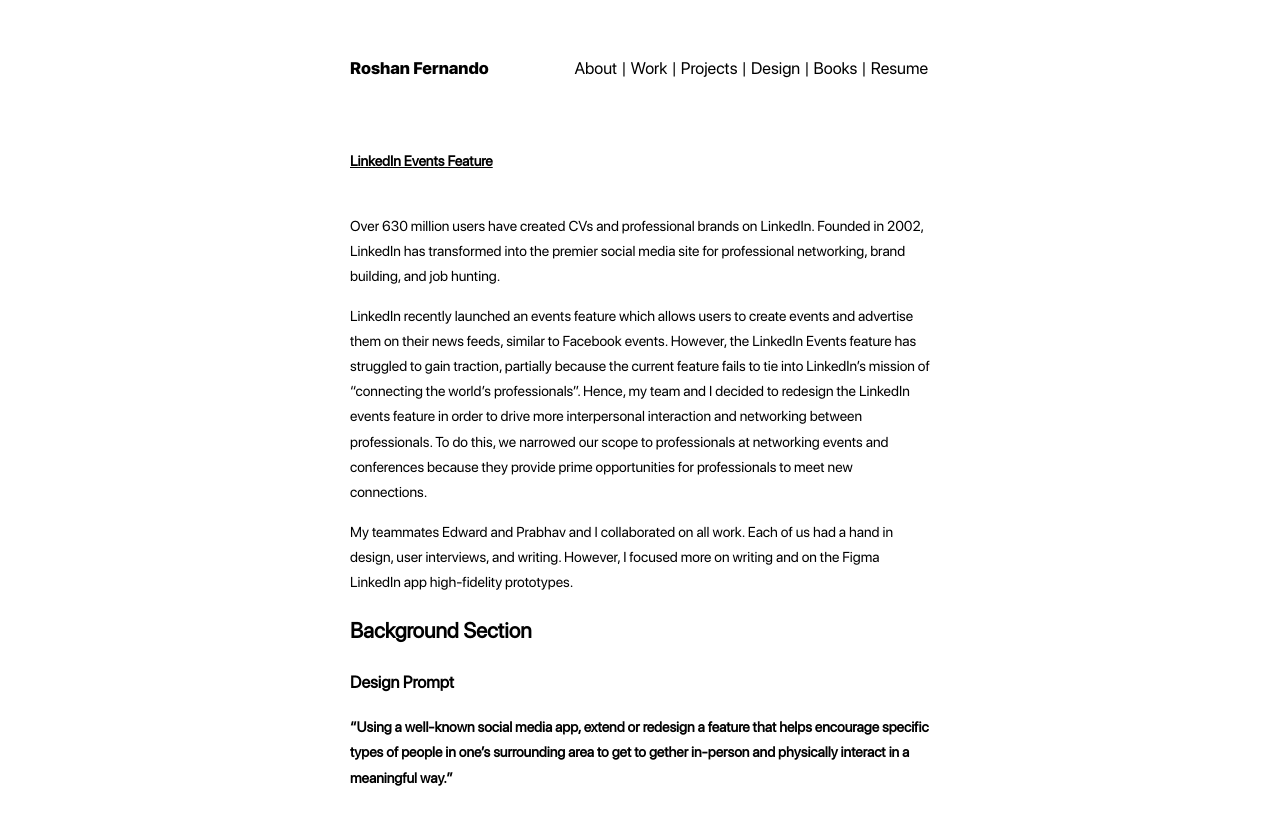
Repository: rdf004/rdf004.github.io
Page: /case1
The author's editor kept a copy of each file at every save. The page is drawn from the files as they stood at one save, then again after the next save.
The browser window is 1280 px wide. The pictures show the whole page.
The project was rebuilt for these pictures with package versions that can differ from the ones it lists, and the page was loaded fresh each time. Also part of the build but not shown: src/Components/About.js, src/Components/Work.js, src/Components/Projects.js, src/Components/Design.js, src/Components/Books.js, src/Components/Resume.js.

Above is the page before, as saved 2019-11-20 21:00:58.

### public/index.html
<!DOCTYPE html>
<html lang="en">
  <head>
    <meta charset="utf-8" />
    <link rel="shortcut icon" href="Startup_Rocket-512.png" />
    <meta name="viewport" content="width=device-width, initial-scale=1" />
    <meta name="theme-color" content="#000000" />
    <meta
      name="description"
      content="Web site created using create-react-app"
    />
    <link rel="apple-touch-icon" href="logo192.png" />
    <!--
      manifest.json provides metadata used when your web app is installed on a
      user's mobile device or desktop. See https://developers.google.com/web/fundamentals/web-app-manifest/
    -->
    <link rel="manifest" href="%PUBLIC_URL%/manifest.json" />
    <!--
      Notice the use of %PUBLIC_URL% in the tags above.
      It will be replaced with the URL of the `public` folder during the build.
      Only files inside the `public` folder can be referenced from the HTML.

      Unlike "/favicon.ico" or "favicon.ico", "%PUBLIC_URL%/favicon.ico" will
      work correctly both with client-side routing and a non-root public URL.
      Learn how to configure a non-root public URL by running `npm run build`.
    -->
    <title>RFizzle's Websizzle</title>
  </head>
  <body>
    <noscript>You need to enable JavaScript to run this app.</noscript>
    <div id="root"></div>
    <!--
      This HTML file is a template.
      If you open it directly in the browser, you will see an empty page.

      You can add webfonts, meta tags, or analytics to this file.
      The build step will place the bundled scripts into the <body> tag.

      To begin the development, run `npm start` or `yarn start`.
      To create a production bundle, use `npm run build` or `yarn build`.
    -->
  </body>
</html>

### src/index.js
import React from 'react';
import ReactDOM from 'react-dom';
import { Route, Link, BrowserRouter as Router } from 'react-router-dom';

import About from './Components/About';
import Work from './Components/Work';
import Projects from './Components/Projects';
import Design from './Components/Design';
import Books from './Components/Books';
import Resume from './Components/Resume';
import Case1 from './Components/Case1';
import * as serviceWorker from './serviceWorker';

const routing = (
    <Router>
      <div>
        <Route exact path="/" component={About} />
        <Route path="/work" component={Work} />
        <Route path="/projects" component={Projects} />
        <Route path="/design" component={Design} />
        <Route path="/books" component={Books} />
        <Route path="/resume" component={Resume} />
        <Route path="/case1" component={Case1} />
      </div>
    </Router>
)

ReactDOM.render(routing, document.getElementById('root'));

// If you want your app to work offline and load faster, you can change
// unregister() to register() below. Note this comes with some pitfalls.
// Learn more about service workers: https://bit.ly/CRA-PWA
serviceWorker.unregister();

### src/Components/Case1.js
import React from 'react';
import Header from './Header';

import '../Style/style.css';

class Case1 extends React.Component {

    render() {
        return (
            <div className="grid-holder">

            <div className="grid-container">
                <Header className="header"/>
                <p className="page-content">
                    <b><u>LinkedIn Events Feature</u></b><br/><br/>
                    <p>Over 630 million users have created CVs and professional brands on LinkedIn. Founded in 2002, LinkedIn has transformed into the premier social media site for professional networking, brand building, and job hunting.</p>
                    <p>LinkedIn recently launched an events feature which allows users to create events and advertise them on their news feeds, similar to Facebook events. However, the LinkedIn Events feature has struggled to gain traction, partially because the current feature fails to tie into LinkedIn’s mission of “connecting the world’s professionals”. Hence, my team and I decided to redesign the LinkedIn events feature in order to drive more interpersonal interaction and networking between professionals. To do this, we narrowed our scope to professionals at networking events and conferences because they provide prime opportunities for professionals to meet new connections.</p>
                    <p>My teammates Edward and Prabhav and I collaborated on all work. Each of us had a hand in design, user interviews, and writing. However, I focused more on writing and on the Figma LinkedIn app high-fidelity prototypes.</p>
                    <h2>Background Section</h2>
                    <h3><b>Design Prompt</b></h3>
                    <p><b>“Using a well-known social media app, extend or redesign a feature that helps encourage specific types of people in one’s surrounding area to get to gether in-person and physically interact in a meaningful way.”</b></p>

                </p>
            </div>

            </div>
        )
    }

}

export default Case1;

### src/Components/Header.js
import React from 'react';
import '../Style/style.css';

class Header extends React.Component {

    render() {
        return (

            <div className="flex-container">
                <p className="name">Roshan Fernando</p>
                <ul className="header-li-elements">
                    <li><a className="list-item-a" href="/">About</a></li>
                    <li>|</li>
                    <li><a className="list-item-a" href="/work">Work</a></li>
                    <li>|</li>
                    <li><a className="list-item-a" href="/projects">Projects</a></li>
                    <li>|</li>
                    <li><a className="list-item-a" href="/design">Design</a></li>
                    <li>|</li>
                    <li><a className="list-item-a" href="/books">Books</a></li>
                    <li>|</li>
                    <li><a className="list-item-a" href="/resume">Resume</a></li>
                </ul>
                <p className="content">{this.about}</p>
            </div>
        )
    }
}

export default Header;

### src/Style/style.css
/* PAGE */

.grid-holder {

}

.grid-container {
    display: grid;
    width: 600px;
    max-width: 100vw;
    margin: auto;

    line-height: 1.75;
}

.page-content {

    font-family: 'SF-Regular';
    font-size: 0.9em;
    color: black;
    padding: 10px;
    padding-top: 0px;
}

/* unvisited link */
.p-a:link {
    color: rgb(105, 196, 248);
    text-decoration: underline;
  }

  /* visited link */
.p-a:visited {
    color: rgb(105, 196, 248);
    text-decoration: underline;
  }

/* mouse over link */
.p-a:hover {
    color: rgb(105, 196, 248);
    text-decoration: underline;
  }

  /* selected link */
.p:active {
    color: rgb(105, 196, 248);
    text-decoration: underline;
  }

/* HEADER */

.flex-container {

    display: flex;
    justify-content: center;
    align-items: center;
    padding-top: 5vh;
    flex-wrap: wrap;

    max-width: inherit;
    min-width: 0;

}


.name {

    text-align: left;
    font-family: 'SF-Heavy';
    color: black;
    font-size: 1.05em;
    max-width: 250px;

    flex: 1;
    padding-left: 10px;

}

.header-li-elements {

    display: flex;
    padding: 0;
    justify-content: flex-end;
    color: black;

    flex: 1;
    padding-right: 10px;

}

li {

    list-style-type: none;
    padding: 2px;
    font-family: 'SF-Regular';
    font-size: 1.05em;
    color: black;

}

.content {
    width: 1000px;
    max-width: inherit;
}

body, html {

    margin: 0;
    padding: 0;
    background-color: white;

}

/* unvisited link */
.list-item-a:link {
    color: black;
    text-decoration: none;
  }

  /* visited link */
.list-item-a:visited {
    color: black;
    text-decoration: none;
  }

/* mouse over link */
.list-item-a:hover {
    color: rgb(0, 162, 255);
    text-decoration: none;
  }

  /* selected link */
.list-item-a:active {
    color: black;
    text-decoration: none;
  }

@font-face {
    src: url('./SF-Pro-Display-Heavy.otf');
    font-family: 'SF-Heavy';
}

@font-face {
    src: url('./SF-Pro-Display-Regular.otf');
    font-family: 'SF-Regular';
}

@font-face {
    src: url('./SF-Pro-Display-Thin.otf');
    font-family: 'SF-Thin';
}

Loaded but not shown: src/serviceWorker.js (common file)

After the next save:
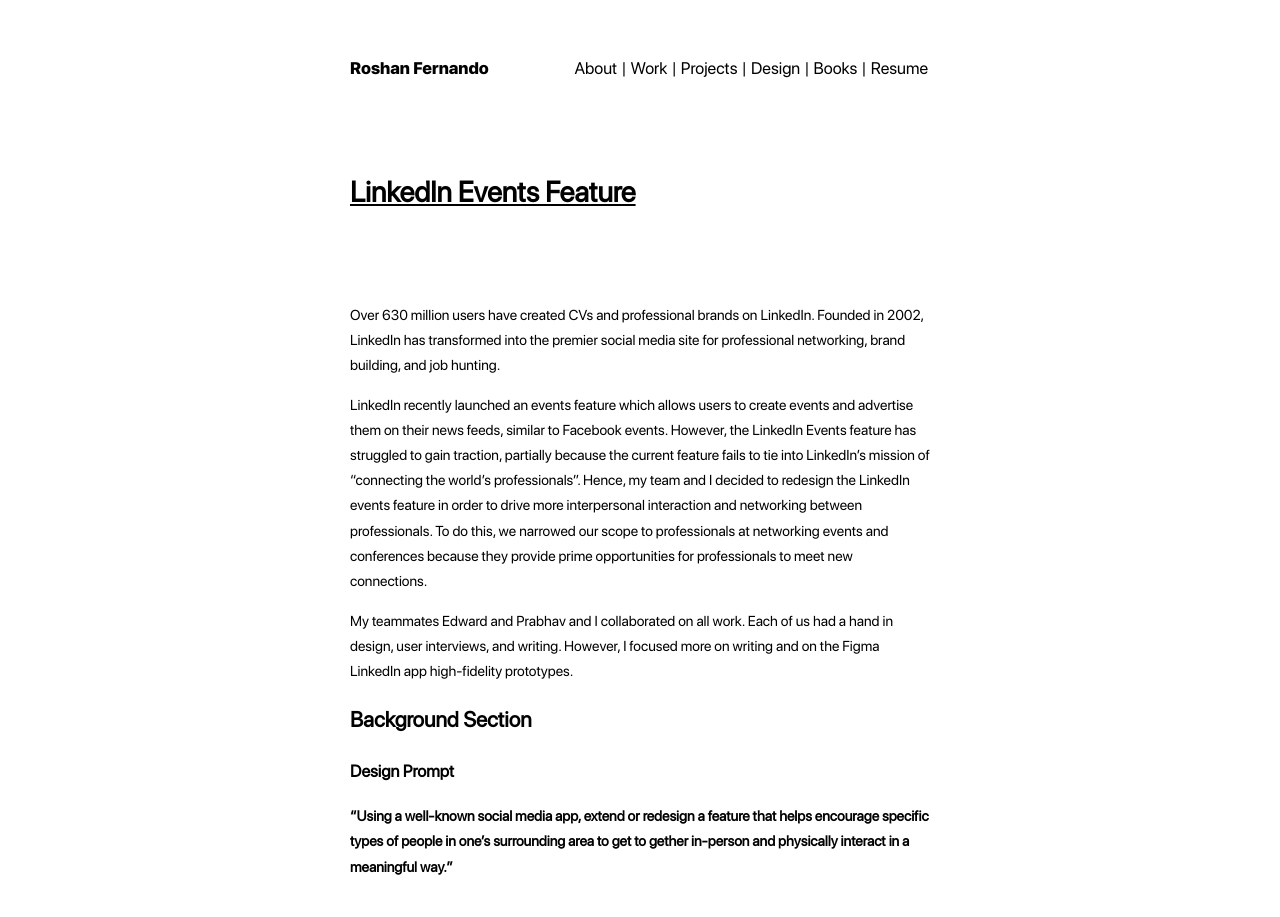
Saved 21 s later.
--- a/src/Components/Case1.js
+++ b/src/Components/Case1.js
@@ -12,7 +12,7 @@
             <div className="grid-container">
                 <Header className="header"/>
                 <p className="page-content">
-                    <b><u>LinkedIn Events Feature</u></b><br/><br/>
+                    <h1><b><u>LinkedIn Events Feature</u></b></h1><br/><br/>
                     <p>Over 630 million users have created CVs and professional brands on LinkedIn. Founded in 2002, LinkedIn has transformed into the premier social media site for professional networking, brand building, and job hunting.</p>
                     <p>LinkedIn recently launched an events feature which allows users to create events and advertise them on their news feeds, similar to Facebook events. However, the LinkedIn Events feature has struggled to gain traction, partially because the current feature fails to tie into LinkedIn’s mission of “connecting the world’s professionals”. Hence, my team and I decided to redesign the LinkedIn events feature in order to drive more interpersonal interaction and networking between professionals. To do this, we narrowed our scope to professionals at networking events and conferences because they provide prime opportunities for professionals to meet new connections.</p>
                     <p>My teammates Edward and Prabhav and I collaborated on all work. Each of us had a hand in design, user interviews, and writing. However, I focused more on writing and on the Figma LinkedIn app high-fidelity prototypes.</p>
